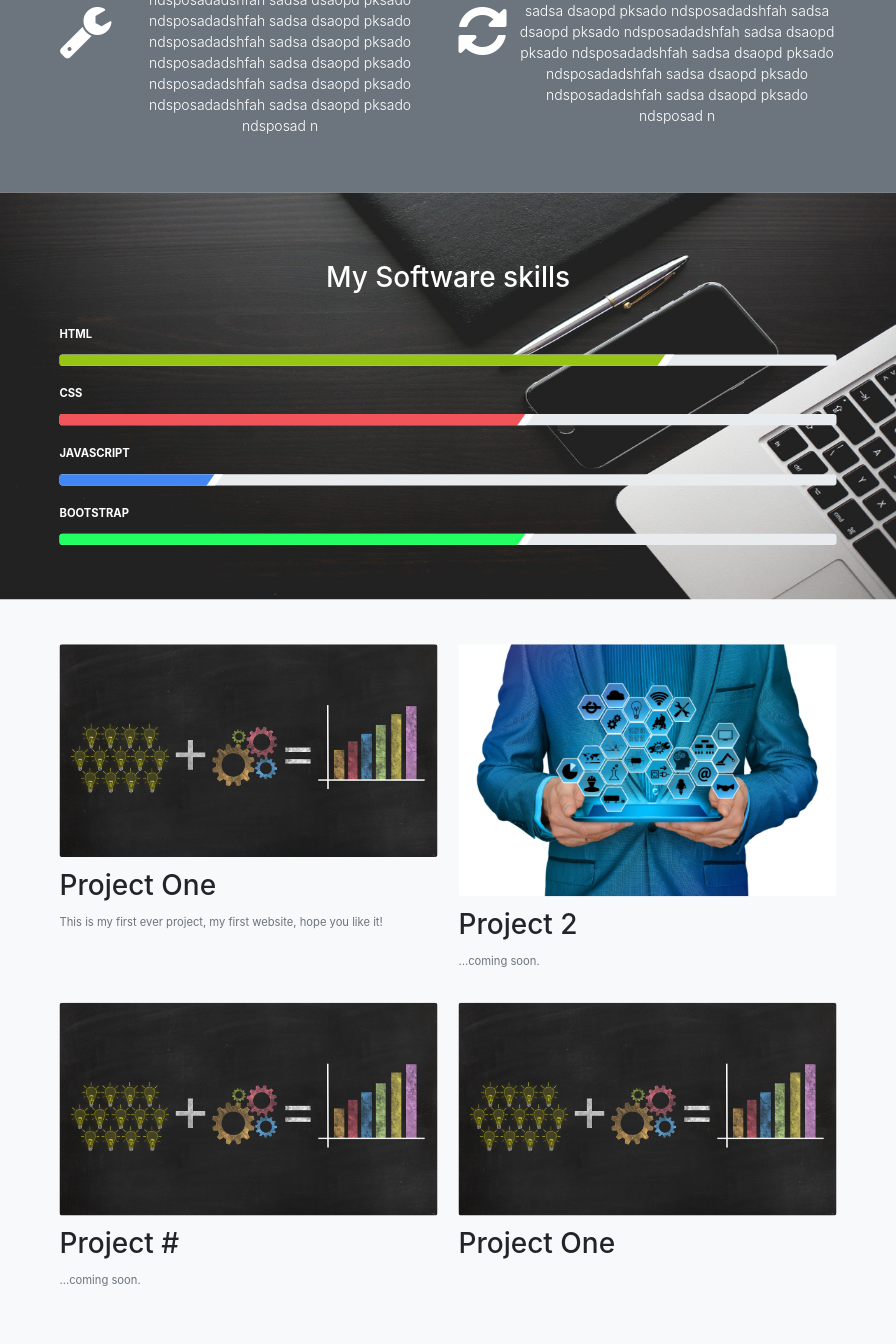
Repository: Kraljiccar/User-Centric-Frontend-Development-Milestone-Project
Page: index.html
The author's editor kept a record of every edit. The page is drawn from the files as they stood at one moment, then again after the next edit.
The browser window is 1280 px wide. The pictures show the part of the page from y = 909 to 2829 px (the page is 2829 px tall), at 70% of full size.
Backgrounds fixed to the window are drawn as part of the page.

Above is the page before.

After the next edit:
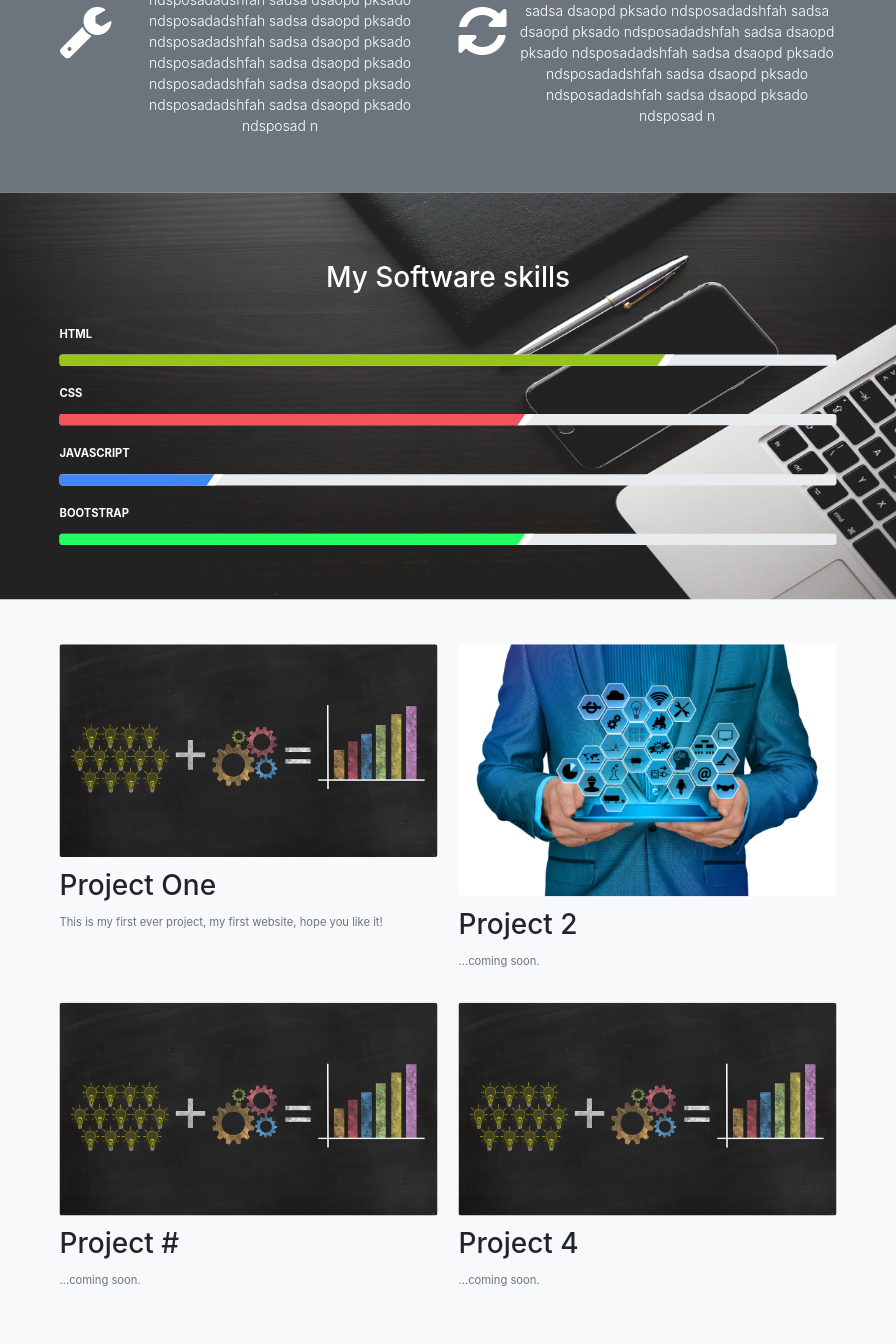
The edit:
--- a/index.html
+++ b/index.html
@@ -107,7 +107,8 @@
           </div>
           <div class="col-sm-6 my-3">
               <img src="assets/images/success.jpg" alt="#" class="img-fluid rounded" alt="picture">
-            <h1 class="my-3">Project One</h1>
+            <h1 class="my-3">Project 4</h1>
+            <p class="text-muted">...coming soon.</p>
           </div>
 
 
